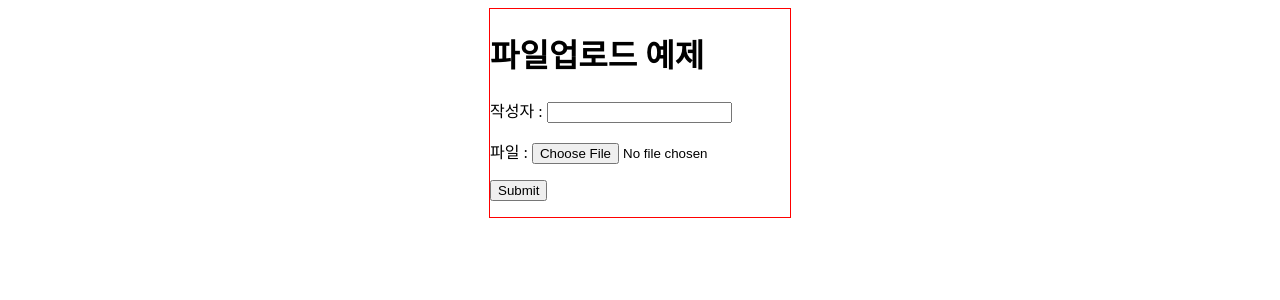
Repository: kol0372/woo
Page: jspworkspace/jsp_1103/WebContent/ex1_fileupload.html
The author's editor kept a copy of each file at every save. The page is drawn from the files as they stood at one save, then again after the next save.
The browser window is 1280 px wide. The pictures show the whole page.

Above is the page before, as saved 2014-11-03 08:42:16.

After the next save:
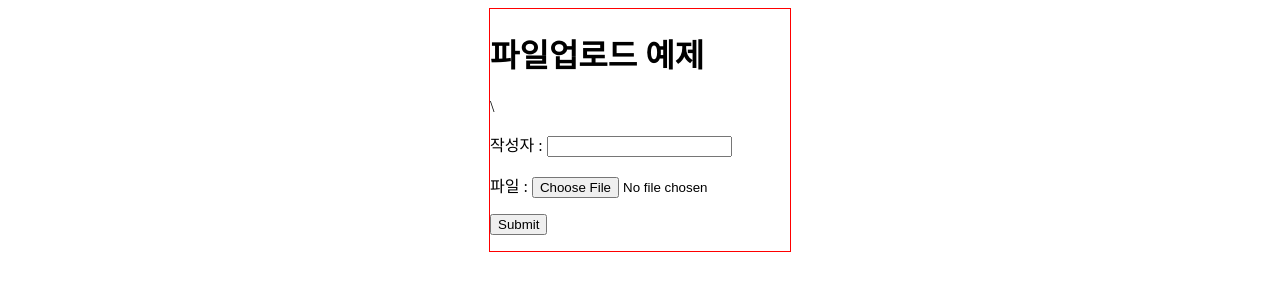
Saved 118 s later.
--- a/jspworkspace/jsp_1103/WebContent/ex1_fileupload.html
+++ b/jspworkspace/jsp_1103/WebContent/ex1_fileupload.html
@@ -18,7 +18,8 @@
 	apache io or cos.jar 제공받아서 처리 -->
 		<h1>파일업로드 예제</h1>
 		<form method="post" action="ex1_upload.jsp" id="f"
-		enctype="multipart/form-data">
+		enctype="multipart/form-data">\
+
 			<p>
 			작성자 : <input type="text" name="writer"></p>
 			<p>
